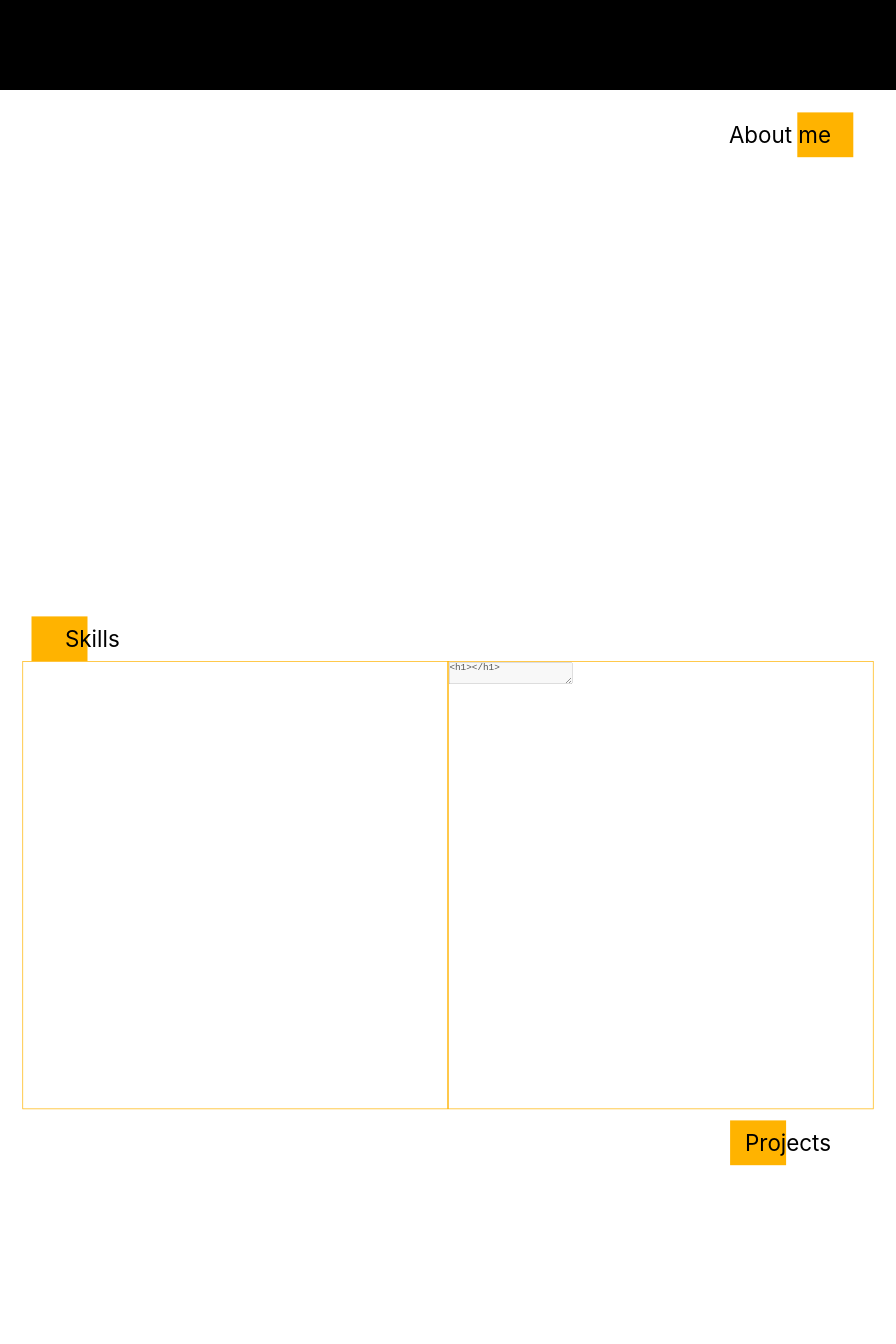
Repository: SebastianArmata22/Portfolio
Page: /
These files come from the project's save history. The page is drawn as it stood at one moment and after a run of saves; the edit follows.
The browser window is 1280 px wide. The pictures show the part of the page from y = 592 to 2512 px (the page is 3664 px tall), at 70% of full size.
The project was rebuilt for these pictures with package versions that can differ from the ones it lists, and the page was loaded fresh each time.

Above is the page before, as saved 2021-02-24 17:34:47.

After the next 2 saves:
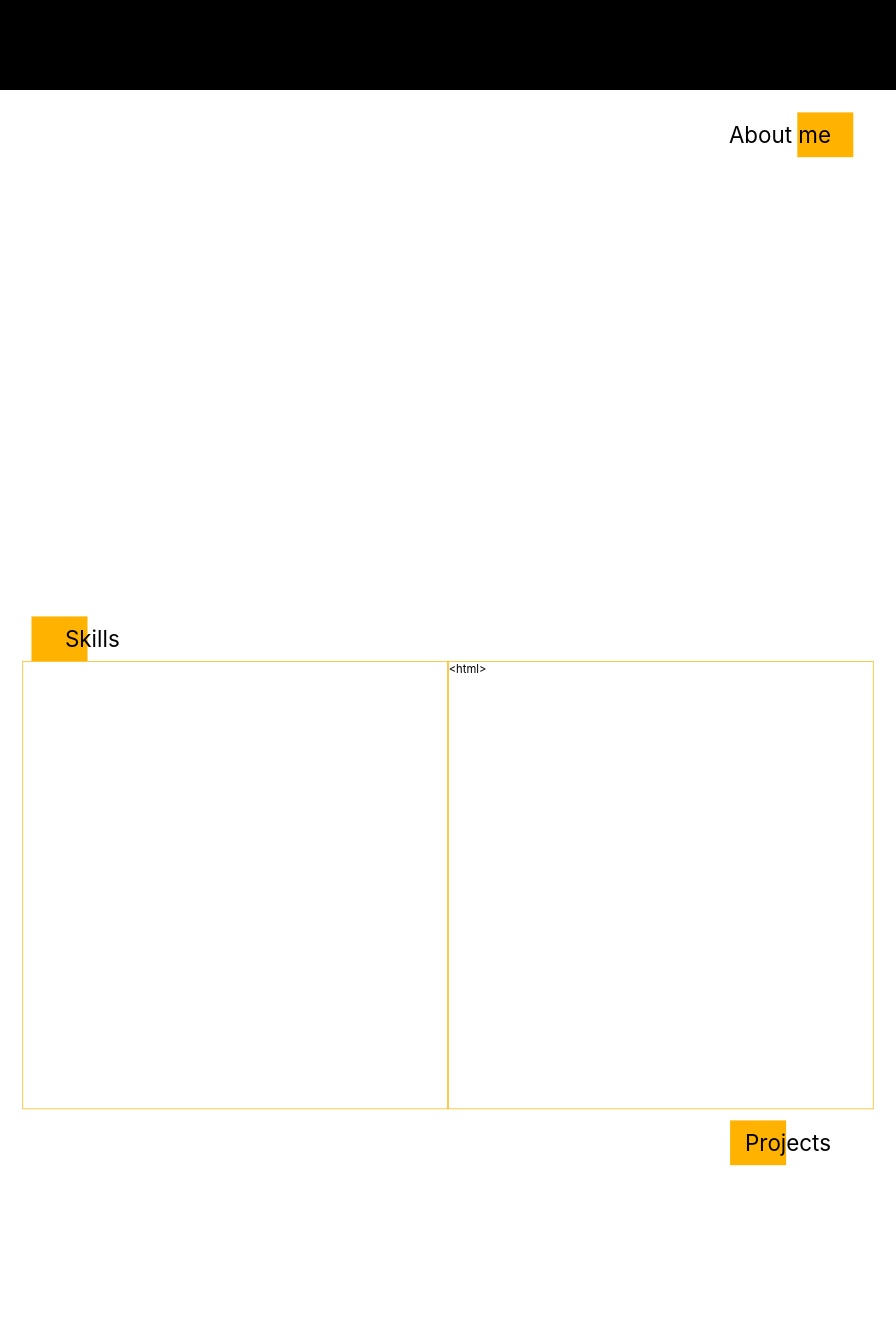
The 2 saves are shown as one change because 1 did not build or start.
The last was saved 48 s later.
--- a/src/components/skills/Skills.js
+++ b/src/components/skills/Skills.js
@@ -12,7 +12,7 @@
                 <div></div>
                 <div>
                     <div>
-                        <textarea disabled>{"<h1></h1>"}</textarea>
+                        <p>{"<html>"}</p>
                     </div>
                     <div>
                     </div>
